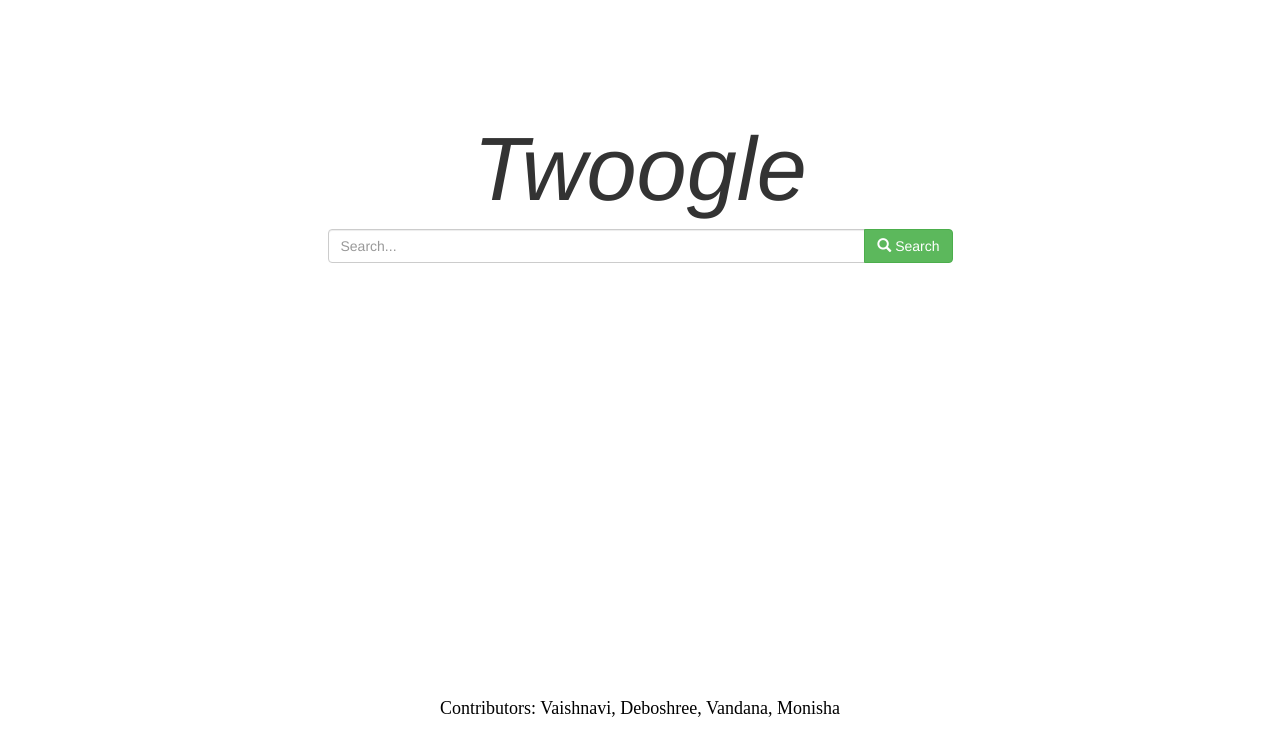
Repository: deboshre/IR-Search-Engine
Page: index.html
The author's editor kept a record of every edit. The page is drawn from the files as they stood at one moment, then again after the next edit.
The browser window is 1280 px wide. The pictures show the whole page.

Above is the page before.

### index.html
<!DOCTYPE html>
<html lang="en-us">

<head>
    <meta charset="utf-8">
    <title>Welcome to twoogle</title>
    <meta name="viewport" content="width=device-width, initial-scale=1">
    <link href="style.css" rel="stylesheet" type="text/css" />
    <link rel="stylesheet" href="https://maxcdn.bootstrapcdn.com/bootstrap/3.3.7/css/bootstrap.min.css">
    <script src="https://ajax.googleapis.com/ajax/libs/jquery/3.3.1/jquery.min.js"></script>
    <script src="https://maxcdn.bootstrapcdn.com/bootstrap/3.3.7/js/bootstrap.min.js"></script>
</head>

<body>
    <div class="container" style="width: 100% !important;margin: 0px !important">
        <div class="col-md-6 col-md-offset-3">
            <div class="row">
                <div id="header" class="text-center">
                    <h1 style="font-size:90px;font-style:oblique">Twoogle</h>
                </div>
                <form role="form" id="form-buscar">
                    <div class="form-group">
                        <div class="input-group">
                            <input id="search-text" class="form-control" type="text" name="search" placeholder="Search..." required />
                            <span class="input-group-btn">
<a id="search" class="btn btn-success" href="#" onclick="startSearch()">
<i class="glyphicon glyphicon-search" aria-hidden="true"></i> Search
</a>
</span>
                        </div>
                    </div>
                </form>
            </div>
        </div>
    </div>
    <div id="footer">
		<h4>Contributors: Vaishnavi, Deboshree, Vandana, Monisha </h4>
	</div>
</body>
<script type="text/javascript">
	function startSearch(){
		var searchText = document.getElementById("search-text").value;
		window.location.replace("main_page.html?query=" + searchText);
	}
</script>

</html>

### style.css
* {box-sizing: border-box;}

body {
  margin: 0;
  font-family: Cursive, Helvetica, sans-serif;
  background-color: black;
}
.container {

    background-size: 100% ;
    width: 100%;
    height: 95vh;
    background-position: cover;
    background-repeat: no-repeat;
}

#footer{

    font-family:cursive;
}
#footer {
            margin: 0;
            font-size: 9pt;
            color: black;
            padding: 5px 0;
            text-align: center;
        }
p{
    color:black;
    text-align:center;
}
h4{
    text-align:center;

}
.h1, h1{
    text-align:center;
    font-family:cursive;
    color: white;
    padding-top: 100px;
    font-size: 96px;
}

.container-fluid{
    width:100%;
}
button{
    margin: 20px;
    width: 100%;
    padding: 10px;
    cursor: pointer;
}
.col-sm-3{
    color:white;
}
.nav{
    display:inline;
}
.glyphicon glyphicon-search{
    float: right;
}
.topnav {
  overflow: hidden;
  background-color: #e9e9e9;
}

.topnav a {
  float: right;
  display: block;
  color: black;
  text-align: center;
  padding: 14px 16px;
  text-decoration: none;
  font-size: 17px;
}

After the next edit:
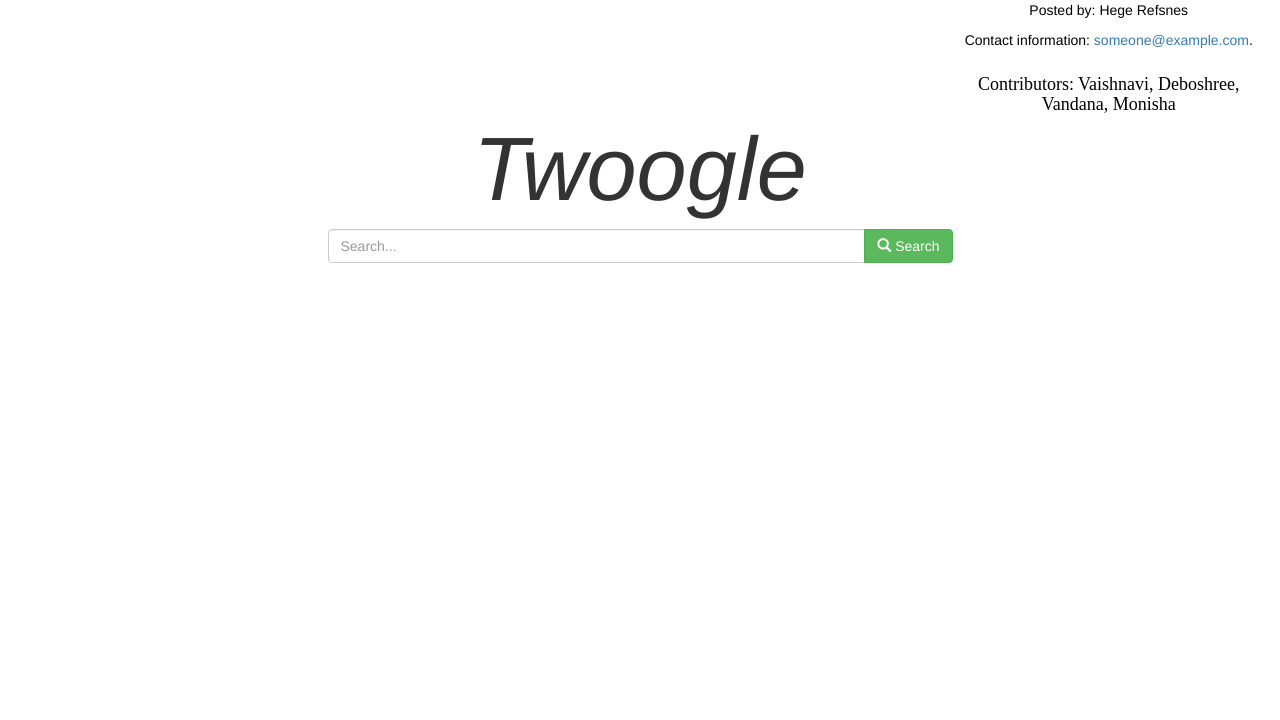
The edit:
--- a/index.html
+++ b/index.html
@@ -32,10 +32,14 @@
                 </form>
             </div>
         </div>
+        <footer>
+  <p>Posted by: Hege Refsnes</p>
+  <p>Contact information: <a href="mailto:someone@example.com">someone@example.com</a>.</p>
+</footer>
+        <div id="footer">
+    		<h4>Contributors: Vaishnavi, Deboshree, Vandana, Monisha </h4>
+    	</div>
     </div>
-    <div id="footer">
-		<h4>Contributors: Vaishnavi, Deboshree, Vandana, Monisha </h4>
-	</div>
 </body>
 <script type="text/javascript">
 	function startSearch(){
